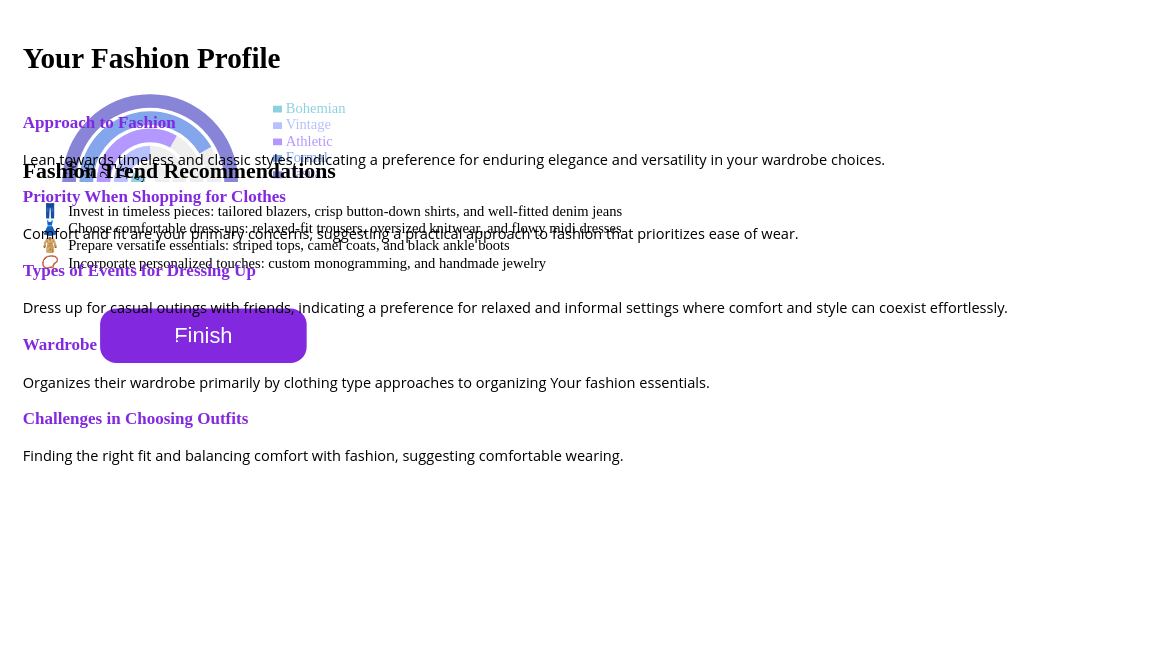
Repository: navnneett/clotho
Page: /QuizQuestions/Chart
These files come from the project's save history. The page is drawn as it stood at one moment and after the next save; the edit follows.
The browser window is 1280 px wide. The pictures show the whole page, at 91% of full size.
The project was rebuilt for these pictures with package versions that can differ from the ones it lists, and the page was loaded fresh each time. The framework's server and built-in components were replaced by stand-ins that run in the browser. Also part of the build but not shown: next.config.js, next.config.mjs.

Above is the page before, as saved 2024-04-06 19:30:11.

### pages/QuizQuestions/Chart.js
import styles from "../../styles/Chart.module.css";
import React, { useEffect, useState } from "react";
import { RadialBarChart, RadialBar, Legend, Tooltip } from "recharts";
import Button from "@/components/Button";
import Link from "next/link";


export default function Chart() {

    const [isClient, setIsClient] = useState(false)

    useEffect(() => {
        setIsClient(true)
    }, [])

    const data = [
        {
            "name": "Bohemian",
            "uv": 5,
            "pv": 5,
            "fill": "var(--chart-color-cyan)"
        },
        {
            "name": "Vintage",
            "uv": 15,
            "pv": 15,
            "fill": "var(--chart-color-light-purple)"
        },
        {
            "name": "Athletic",
            "uv": 20,
            "pv": 20,
            "fill": "var(--chart-color-bright-purple)"
        },
        {
            "name": "Formal",
            "uv": 25,
            "pv": 25,
            "fill": "var(--chart-color-blue)"
        },
        {
            "name": "Casual",
            "uv": 30,
            "pv": 30,
            "fill": "var(--chart-color-purple)"
        },
    ]

    return(
        <>
            <div className={styles.questionAnalysis}>
                <h1 className={styles.title}>Your Fashion Profile</h1>
                <div className={styles.chart}>
                    {isClient ?
                        <RadialBarChart
                            width={400}
                            height={300}
                            innerRadius="10%"
                            outerRadius="80%"
                            data={data}
                            startAngle={180}
                            endAngle={0}
                            cx={140}
                            cy={170}
                            >
                        <RadialBar minAngle={15} label={{ fill: 'var(--button-linear-light)', position: 'insideStart' }} background clockWise={true} dataKey='uv' />
                        <Legend iconSize={10} width={120} height={140} layout='vertical' verticalAlign='middle' align="right"/>
                        <Tooltip/>
                    </RadialBarChart> : <></>}
                </div>
                <div className={styles.mainContents}>
                    <h3 className={styles.analysisTitle}>Approach to Fashion</h3>
                    <p className={styles.analysisContent}>Lean towards timeless and classic styles, indicating a preference for enduring elegance and versatility in your wardrobe choices.</p>
                    <h3 className={styles.analysisTitle}>Priority When Shopping for Clothes</h3>
                    <p className={styles.analysisContent}>Comfort and fit are your primary concerns, suggesting a practical approach to fashion that prioritizes ease of wear.</p>
                    <h3 className={styles.analysisTitle}>Types of Events for Dressing Up</h3>
                    <p className={styles.analysisContent}>Dress up for casual outings with friends, indicating a preference for relaxed and informal settings where comfort and style can coexist effortlessly.</p>
                    <h3 className={styles.analysisTitle}>Wardrobe Organization</h3>
                    <p className={styles.analysisContent}>Organizes their wardrobe primarily by clothing type approaches to organizing Your fashion essentials.</p>
                    <h3 className={styles.analysisTitle}>Challenges in Choosing Outfits</h3>
                    <p className={styles.analysisContent}>Finding the right fit and balancing comfort with fashion, suggesting comfortable wearing.</p>
                </div>
            </div>
            <div className={styles.questionAnalysis}>
                <h2 className={styles.title} id="space">Fashion Trend Recommendations</h2>
                <ul analysisContent>
                    <li className={styles.bulletPointJean}>Invest in timeless pieces: tailored blazers, crisp button-down shirts, and well-fitted denim jeans</li>
                    <li className={styles.bulletPointDress}>Choose comfortable dress-ups: relaxed-fit trousers, oversized knitwear, and flowy midi dresses</li>
                    <li className={styles.bulletPointTShirt}>Prepare versatile essentials: striped tops, camel coats, and black ankle boots</li>
                    <li className={styles.bulletPointShoes}>Incorporate personalized touches: custom monogramming, and handmade jewelry</li>
                </ul>
            </div>
            <Link href={'/'} className={styles.buttonPosition}>
                <Button title="Finish" />
            </Link>
        </>
    )
}

### styles/globals.css
:root {

    --transparency: rgba(0, 0, 0, 0);
    --gray: rgb(119, 119, 119);
    --red: rgb(201, 8, 8);

    --large: 21px;
    --medium: 18px;
    --small: 16px;
    --logo: 25px;

    --button-linear-light: 45deg, rgba(221, 184, 255, 0.8), rgba(214, 239, 255, 0.8);
    --button-outline-light: 2px solid #B8C0FF;
    --button-highlight-light: #8229E0;
    --black: black;
    --white: white;
    --light-gray: #B3B3B3;

    --chart-color-purple: #8884d8;
    --chart-color-blue: #83a6ed;
    --chart-color-cyan: #8dd1e1;
    --chart-color-bright-purple: #b399ff;
    --chart-color-light-purple: #b8c0ff;



    /* Text styles */
    --open-sans-text: 'Open Sans', sans-serif;
    --open-sans-weight: 500;
    --open-sans-size: 1.7rem;

    --roboto-slab-text: 'Roboto Slab', serif;
    --roboto-slab-weight: 600;
    --roboto-slab-size: 3rem;
}

html,
body {
    margin: 0;
    padding: 0;
}

### styles/Chart.module.css
.questionAnalysis {
    padding: 25px;
}

.title {
    font-family: var(--roboto-slab-text);
    position: relative;
}
.analysisTitle {
    font-family: var(--roboto-slab-text);
    color: var(--button-highlight-light);
}

.chart {
    position: absolute;
    top: 30px;
}

.mainContents {
    position: absolute;
}

.analysisContent {
    font-family: var(--open-sans-text);
}

.bulletPointJean {
    list-style-type: '👖';
    padding-left: 10px;
}

.bulletPointDress {
    list-style-type: '👗';
    padding-left: 10px;
}

.bulletPointTShirt {
    list-style-type: '🧥';
    padding-left: 10px;
}

.bulletPointShoes {
    list-style-type: '📿';
    padding-left: 10px;
}

.buttonPosition {
    padding-left: 110px;
}

### components/Button/index.js
import styles from './Button.module.css'

export default function Button({
    title = "test",
    onClick = () => {}
}) {
    return (
        <button className={styles.button} onClick={onClick}>
            {title}
        </button>
    )
}

### components/Button/Button.module.css
.button {
    width: 227px;
    height: 60px;
    padding: 0;
    font-size: 24px;
    background-color: var(--button-highlight-light);
    color: var(--white);
    border: none;
    border-radius: 18px;
    cursor: pointer;
}

.button:hover {
    background-color: rgb(189, 43, 226);
}

Loaded but not shown: pages/_app.js (common file); pages/_document.js (common file)

After the next save:
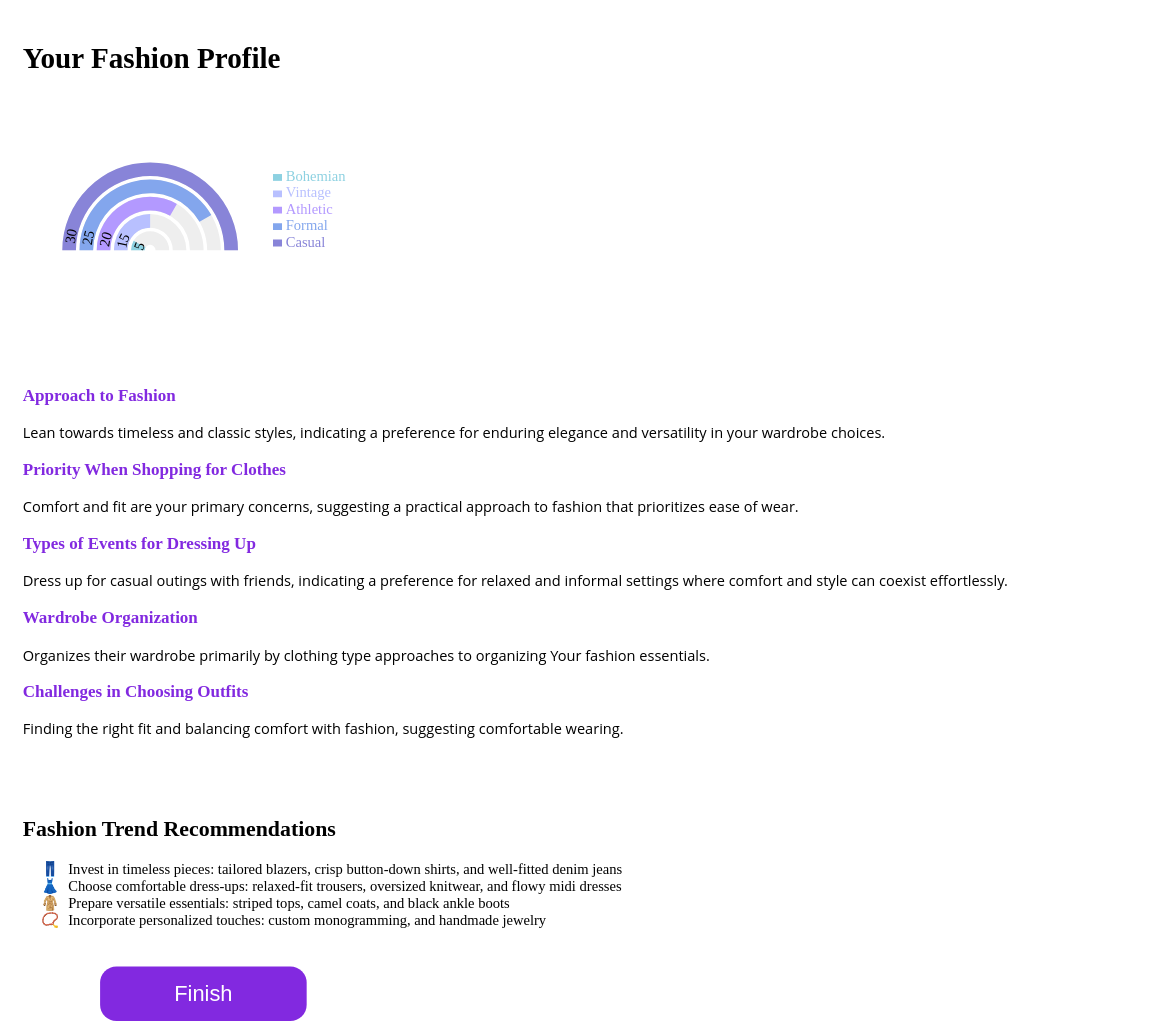
Saved 26 s later.
--- a/styles/Chart.module.css
+++ b/styles/Chart.module.css
@@ -4,7 +4,6 @@
 
 .title {
     font-family: var(--roboto-slab-text);
-    position: relative;
 }
 .analysisTitle {
     font-family: var(--roboto-slab-text);
@@ -12,12 +11,11 @@
 }
 
 .chart {
-    position: absolute;
-    top: 30px;
+    padding-top: -100px;
 }
 
 .mainContents {
-    position: absolute;
+
 }
 
 .analysisContent {
